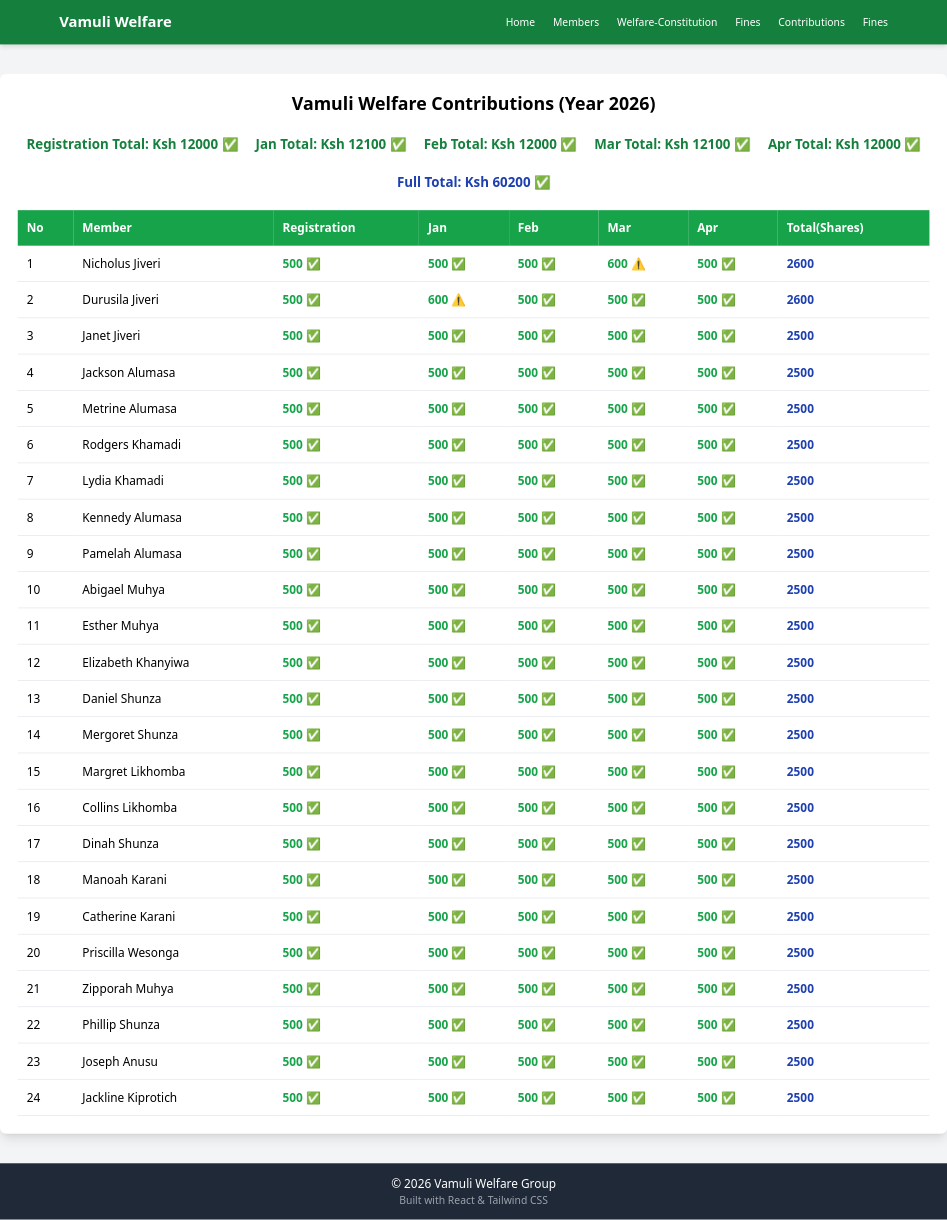
Repository: Engineer-collo/Vamuli-welfare
Page: /contributions
The author's editor kept a copy of each file at every save. The page is drawn from the files as they stood at one save, then again after a run of saves.
The browser window is 1280 px wide. The pictures show the whole page, at 74% of full size.
The project was rebuilt for these pictures with package versions that can differ from the ones it lists, and the page was loaded fresh each time. Also part of the build but not shown: vite.config.js, src/pages/Home.jsx, src/pages/Members.jsx, src/pages/FinesTable.jsx, src/pages/WelfareConstituion.jsx.

Above is the page before, as saved 2026-03-16 11:42:29.

### index.html
<!doctype html>
<html lang="en">
  <head>
    <meta charset="UTF-8" />
    <link rel="icon" type="image/svg+xml" href="/favicon.svg" />
    <meta name="viewport" content="width=device-width, initial-scale=1.0" />
    <title>vamuli-welfare</title>
  </head>
  <body>
    <div id="root"></div>
    <script type="module" src="/src/main.jsx"></script>
  </body>
</html>

### src/App.jsx
import { BrowserRouter as Router, Routes, Route } from "react-router-dom";

import Navbar from "./components/Navbar";
import Footer from "./components/Footer";

import Home from "./pages/Home";
import Members from "./pages/Members";
import ContributionsTable from "./pages/ContributionsTable";
import FinesTable from "./pages/FinesTable";
import WelfareConstituion from "./pages/WelfareConstituion";

function App() {
  return (
    <Router>
      <div className="bg-gray-100 min-h-screen">

        <Navbar />

        <Routes>
          <Route path="/" element={<Home />} />
          <Route path="/members" element={<Members />} />
          <Route path="/contributions" element={<ContributionsTable />} />
          <Route path="/fines" element={<FinesTable />} />
          <Route path="/constitution" element={<WelfareConstituion/>} />

        </Routes>

        <Footer />

      </div>
    </Router>
  );
}

export default App;

### src/components/Navbar.jsx
import { Link } from "react-router-dom";

function Navbar() {
  return (
    <nav className="bg-green-700 text-white shadow-md">
      <div className="max-w-6xl mx-auto flex justify-between items-center p-4">

        <h1 className="text-xl font-bold">
          <Link to="/">Vamuli Welfare</Link>
        </h1>

        <ul className="flex gap-6 text-sm">
          <li>
            <Link to="/" className="hover:text-gray-200">Home</Link>
          </li>

          <li>
            <Link to="/members" className="hover:text-gray-200">Members</Link>
          </li>

          <li>
            <Link to="/constitution" className="hover:text-gray-200">Welfare-Constitution</Link>
          </li>

          <li>
            <Link to="/fines" className="hover:text-gray-200">Fines</Link>
          </li>

          <li>
            <Link to="/contributions" className="hover:text-gray-200">Contributions</Link>
          </li>

          <li>
            <Link to="/fines" className="hover:text-gray-200">Fines</Link>
          </li>

        </ul>

      </div>
    </nav>
  );
}

export default Navbar;

### src/components/Footer.jsx
import React from "react";

function Footer() {
  return (
    <footer className="bg-gray-800 text-white mt-10">
      <div className="max-w-6xl mx-auto text-center p-4">
        <p>© 2026 Vamuli Welfare Group</p>
        <p className="text-sm text-gray-400">
          Built with React & Tailwind CSS
        </p>
      </div>
    </footer>
  );
}

export default Footer;

### src/pages/ContributionsTable.jsx
import React from "react";
import contributionsData from "./contributionsData";

const LATE_FINE = 100;

// Extract months dynamically (all except id, name, role, and PaidDate fields)
const months = Object.keys(contributionsData[0]).filter(
  (key) =>
    !["id", "name", "role"].includes(key) && !key.toLowerCase().includes("paiddate")
);

// Calculate totals per month including fines
const totals = {};
months.forEach((month) => {
  totals[month] = contributionsData.reduce((sum, c) => {
    const paidDateKey = month + "PaidDate";
    let value = c[month] || 0;
    if (c[paidDateKey] && c[paidDateKey] < 5) {
      value += LATE_FINE; // add fine
    }
    return sum + value;
  }, 0);
});

// Calculate grand total per member
const contributionsWithTotals = contributionsData.map((c) => {
  const total = months.reduce((sum, month) => {
    const paidDateKey = month + "PaidDate";
    let value = c[month] || 0;
    if (c[paidDateKey] && c[paidDateKey] < 5) {
      value += LATE_FINE;
    }
    return sum + value;
  }, 0);
  return { ...c, total };
});

// Full total
const fullTotal = contributionsWithTotals.reduce((sum, c) => sum + c.total, 0);

function ContributionsTable() {
  return (
    <div className="max-w-7xl mx-auto mt-10 bg-white shadow-lg rounded-lg p-6">
      <h2 className="text-2xl font-bold mb-6 text-center">
        Vamuli Welfare Contributions (Year 2026)
      </h2>

      <div className="flex flex-wrap justify-center gap-6 mb-6 text-lg font-semibold">
        {months.map((month) => (
          <span key={month} className="text-green-700">
            {month.charAt(0).toUpperCase() + month.slice(1)} Total: Ksh {totals[month]} ✅
          </span>
        ))}
        <span className="text-blue-800 font-bold">Full Total: Ksh {fullTotal} ✅</span>
      </div>

      <table className="w-full border-collapse">
        <thead>
          <tr className="bg-green-600 text-white">
            <th className="p-3 text-left">No</th>
            <th className="p-3 text-left">Member</th>
            {months.map((month) => (
              <th key={month} className="p-3 text-left">
                {month.charAt(0).toUpperCase() + month.slice(1)}
              </th>
            ))}
            <th className="p-3 text-left">Total(Shares)</th>
          </tr>
        </thead>

        <tbody>
          {contributionsWithTotals.map((c) => (
            <tr key={c.id} className="border-b hover:bg-gray-100 transition">
              <td className="p-3">{c.id}</td>
              <td className="p-3">{c.name}</td>
              {months.map((month) => {
                const paidDateKey = month + "PaidDate";
                let value = c[month] || 0;
                const late = c[paidDateKey] && c[paidDateKey] < 5;
                if (late) value += LATE_FINE;

                return (
                  <td
                    key={month}
                    className={`p-3 font-semibold ${value > 0 ? "text-green-600" : "text-red-600"}`}
                  >
                    {value} {late ? "⚠️" : "✅"}
                  </td>
                );
              })}
              <td className="p-3 font-bold text-blue-800">{c.total}</td>
            </tr>
          ))}
        </tbody>
      </table>
    </div>
  );
}

export default ContributionsTable;

### src/pages/contributionsData.js
// src/contributionsData.js

const contributions = [
    { id: 1, name: "Nicholus Jiveri", role: "member", registration: 500, jan: 500, feb: 500, mar: 500, apr: 500, janPaidDate: 6, febPaidDate: 7, marPaidDate: 4, aprPaidDate: 6 },
    { id: 2, name: "Durusila Jiveri", role: "secretary", registration: 500, jan: 500, feb: 500, mar: 500, apr: 500, janPaidDate: 4, febPaidDate: 6, marPaidDate: 5, aprPaidDate: 5 },
    { id: 3, name: "Janet Jiveri", role: "member", registration: 500, jan: 500, feb: 500, mar: 500, apr: 500, janPaidDate: 5, febPaidDate: 6, marPaidDate: 5, aprPaidDate: 6 },
    { id: 4, name: "Jackson Alumasa", role: "coordinator", registration: 500, jan: 500, feb: 500, mar: 500, apr: 500, janPaidDate: 6, febPaidDate: 7, marPaidDate: 5, aprPaidDate: 6 },
    { id: 5, name: "Metrine Alumasa", role: "member", registration: 500, jan: 500, feb: 500, mar: 500, apr: 500, janPaidDate: 5, febPaidDate: 6, marPaidDate: 5, aprPaidDate: 5 },
    { id: 6, name: "Rodgers Khamadi", role: "member", registration: 500, jan: 500, feb: 500, mar: 500, apr: 500, janPaidDate: 6, febPaidDate: 6, marPaidDate: 5, aprPaidDate: 5 },
    { id: 7, name: "Lydia Khamadi", role: "member", registration: 500, jan: 500, feb: 500, mar: 500, apr: 500, janPaidDate: 5, febPaidDate: 6, marPaidDate: 5, aprPaidDate: 6 },
    { id: 8, name: "Kennedy Alumasa", role: "member", registration: 500, jan: 500, feb: 500, mar: 500, apr: 500, janPaidDate: 6, febPaidDate: 6, marPaidDate: 5, aprPaidDate: 5 },
    { id: 9, name: "Pamelah Alumasa", role: "member", registration: 500, jan: 500, feb: 500, mar: 500, apr: 500, janPaidDate: 5, febPaidDate: 6, marPaidDate: 5, aprPaidDate: 6 },
    { id: 10, name: "Abigael Muhya", role: "member", registration: 500, jan: 500, feb: 500, mar: 500, apr: 500, janPaidDate: 6, febPaidDate: 6, marPaidDate: 5, aprPaidDate: 6 },
    { id: 11, name: "Esther Muhya", role: "member", registration: 500, jan: 500, feb: 500, mar: 500, apr: 500, janPaidDate: 6, febPaidDate: 7, marPaidDate: 5, aprPaidDate: 6 },
    { id: 12, name: "Elizabeth Khanyiwa", role: "member", registration: 500, jan: 500, feb: 500, mar: 500, apr: 500, janPaidDate: 5, febPaidDate: 6, marPaidDate: 5, aprPaidDate: 6 },
    { id: 13, name: "Daniel Shunza", role: "member", registration: 500, jan: 500, feb: 500, mar: 500, apr: 500, janPaidDate: 6, febPaidDate: 6, marPaidDate: 5, aprPaidDate: 6 },
    { id: 14, name: "Mergoret Shunza", role: "member", registration: 500, jan: 500, feb: 500, mar: 500, apr: 500, janPaidDate: 5, febPaidDate: 6, marPaidDate: 5, aprPaidDate: 6 },
    { id: 15, name: "Margret Likhomba", role: "member", registration: 500, jan: 500, feb: 500, mar: 500, apr: 500, janPaidDate: 6, febPaidDate: 6, marPaidDate: 5, aprPaidDate: 5 },
    { id: 16, name: "Collins Likhomba", role: "member", registration: 500, jan: 500, feb: 500, mar: 500, apr: 500, janPaidDate: 6, febPaidDate: 7, marPaidDate: 5, aprPaidDate: 6 },
    { id: 17, name: "Dinah Shunza", role: "member", registration: 500, jan: 500, feb: 500, mar: 500, apr: 500, janPaidDate: 5, febPaidDate: 6, marPaidDate: 5, aprPaidDate: 6 },
    { id: 18, name: "Manoah Karani", role: "member", registration: 500, jan: 500, feb: 500, mar: 500, apr: 500, janPaidDate: 6, febPaidDate: 6, marPaidDate: 5, aprPaidDate: 5 },
    { id: 19, name: "Catherine Karani", role: "member", registration: 500, jan: 500, feb: 500, mar: 500, apr: 500, janPaidDate: 5, febPaidDate: 6, marPaidDate: 5, aprPaidDate: 6 },
    { id: 20, name: "Priscilla Wesonga", role: "member", registration: 500, jan: 500, feb: 500, mar: 500, apr: 500, janPaidDate: 6, febPaidDate: 6, marPaidDate: 5, aprPaidDate: 6 },
    { id: 21, name: "Zipporah Muhya", role: "member", registration: 500, jan: 500, feb: 500, mar: 500, apr: 500, janPaidDate: 5, febPaidDate: 6, marPaidDate: 5, aprPaidDate: 6 },
    { id: 22, name: "Phillip Shunza", role: "member", registration: 500, jan: 500, feb: 500, mar: 500, apr: 500, janPaidDate: 6, febPaidDate: 6, marPaidDate: 5, aprPaidDate: 5 },
    { id: 23, name: "Joseph Anusu", role: "member", registration: 500, jan: 500, feb: 500, mar: 500, apr: 500, janPaidDate: 5, febPaidDate: 6, marPaidDate: 5, aprPaidDate: 6 },
    { id: 24, name: "Jackline Kiprotich", role: "member", registration: 500, jan: 500, feb: 500, mar: 500, apr: 500, janPaidDate: 6, febPaidDate: 6, marPaidDate: 5, aprPaidDate: 5 },
  ];

  export default contributions;

### tailwind.config.js
/** @type {import('tailwindcss').Config} */
module.exports = {
  content: [
    "./index.html",
    "./src/**/*.{js,jsx}"
  ],
  theme: {
    extend: {},
  },
  plugins: [],
};

Loaded but not shown: src/main.jsx (common file); src/index.css (common file)

After the next 3 saves:
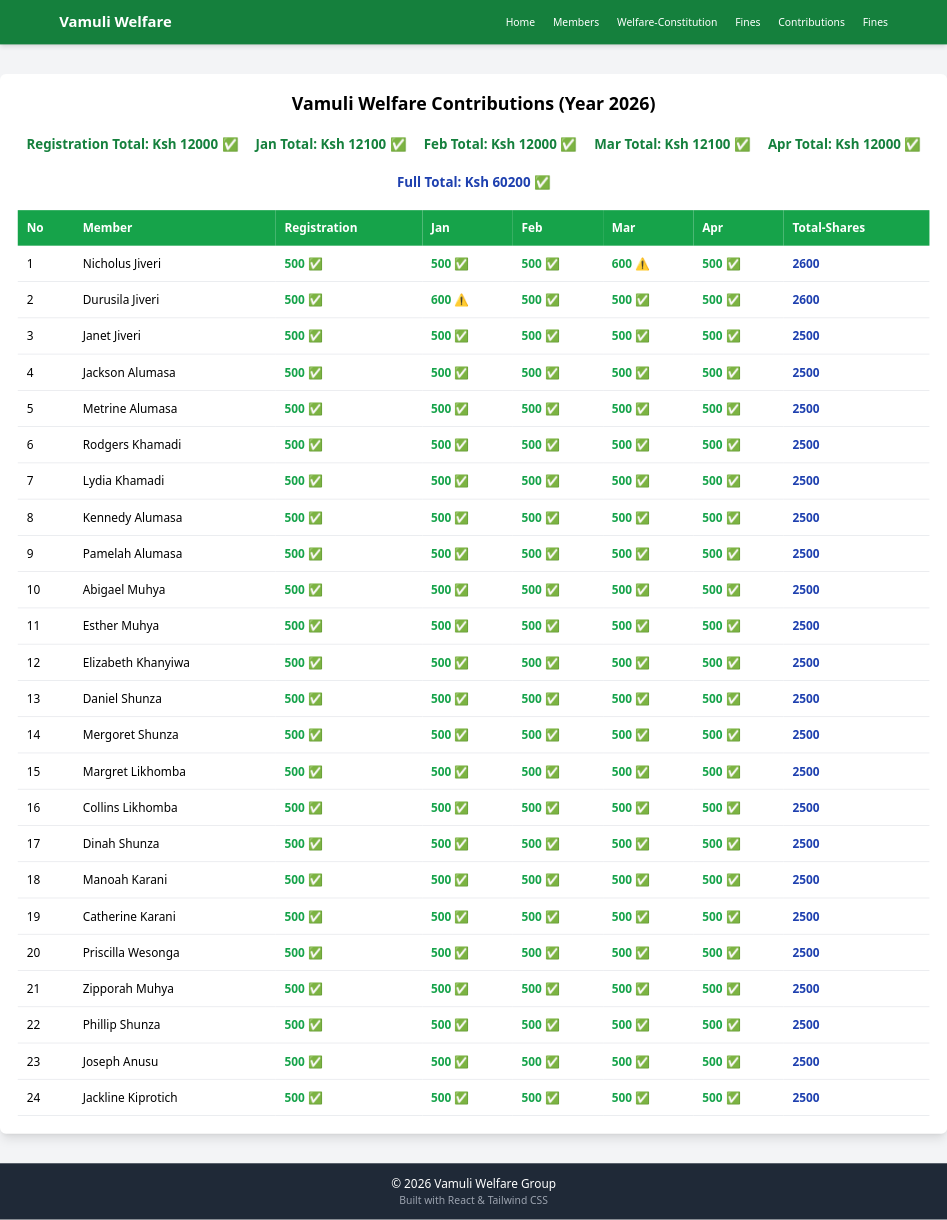
The 3 saves are shown as one change because they came seconds apart.
The last was saved 30 s later.
--- a/src/pages/ContributionsTable.jsx
+++ b/src/pages/ContributionsTable.jsx
@@ -64,7 +64,7 @@ function ContributionsTable() {
                 {month.charAt(0).toUpperCase() + month.slice(1)}
               </th>
             ))}
-            <th className="p-3 text-left">Total(Shares)</th>
+            <th className="p-3 text-left">Total-Shares</th>
           </tr>
         </thead>
 
